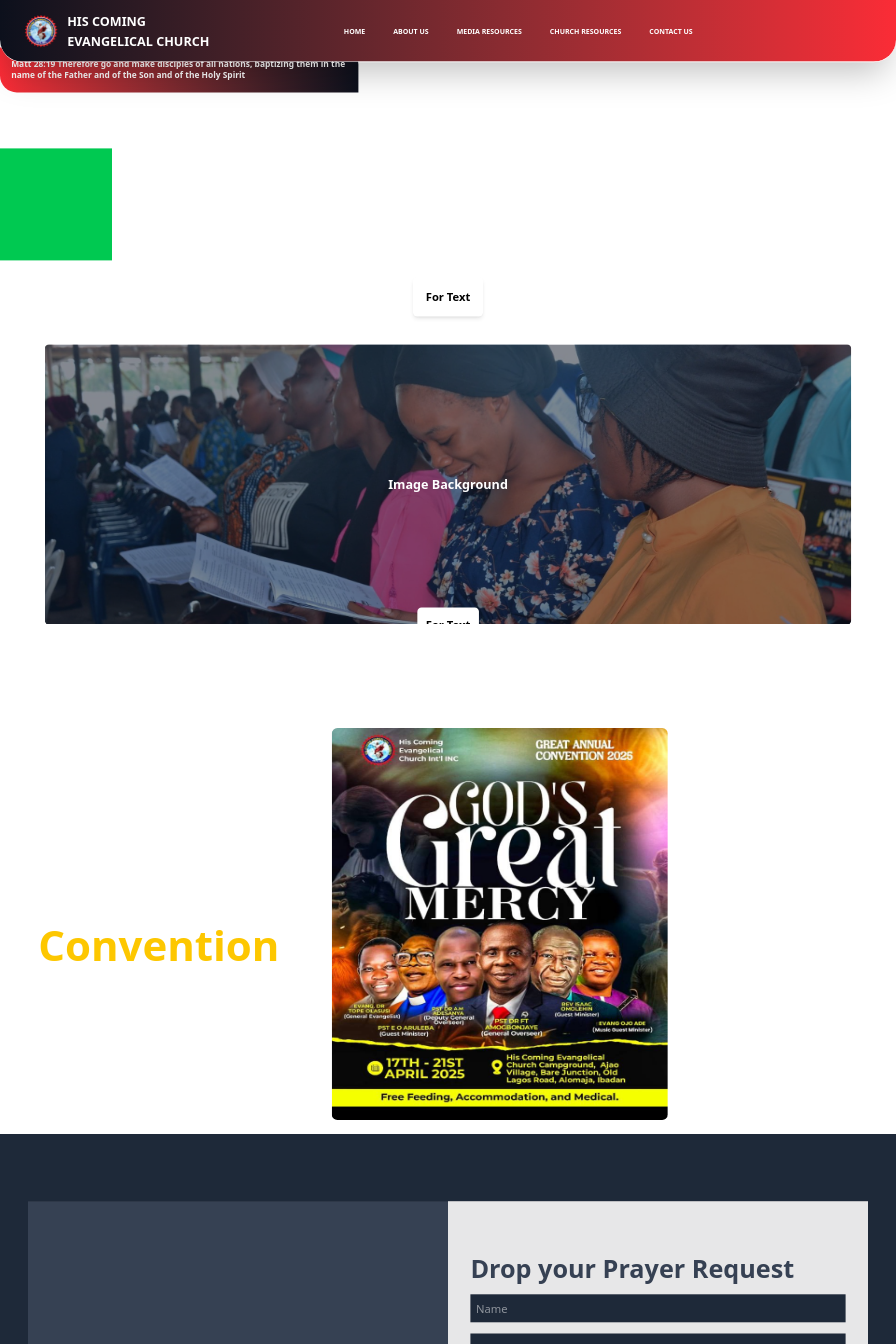
Repository: EmmyDunny1/HCEC-Website
Page: /
An editor plug-in stored every save of this project. The page is shown before and after the next save, followed by the edit.
The browser window is 1280 px wide. The pictures show the part of the page from y = 0 to 1920 px (the page is 2768 px tall before and 2952 px after), at 70% of full size.
The project was rebuilt for these pictures with package versions that can differ from the ones it lists, and the page was loaded fresh each time. The framework's server and built-in components were replaced by stand-ins that run in the browser. Also part of the build but not shown: next.config.ts.

Above is the page before, as saved 2025-07-22 12:16:08.

After the next save:
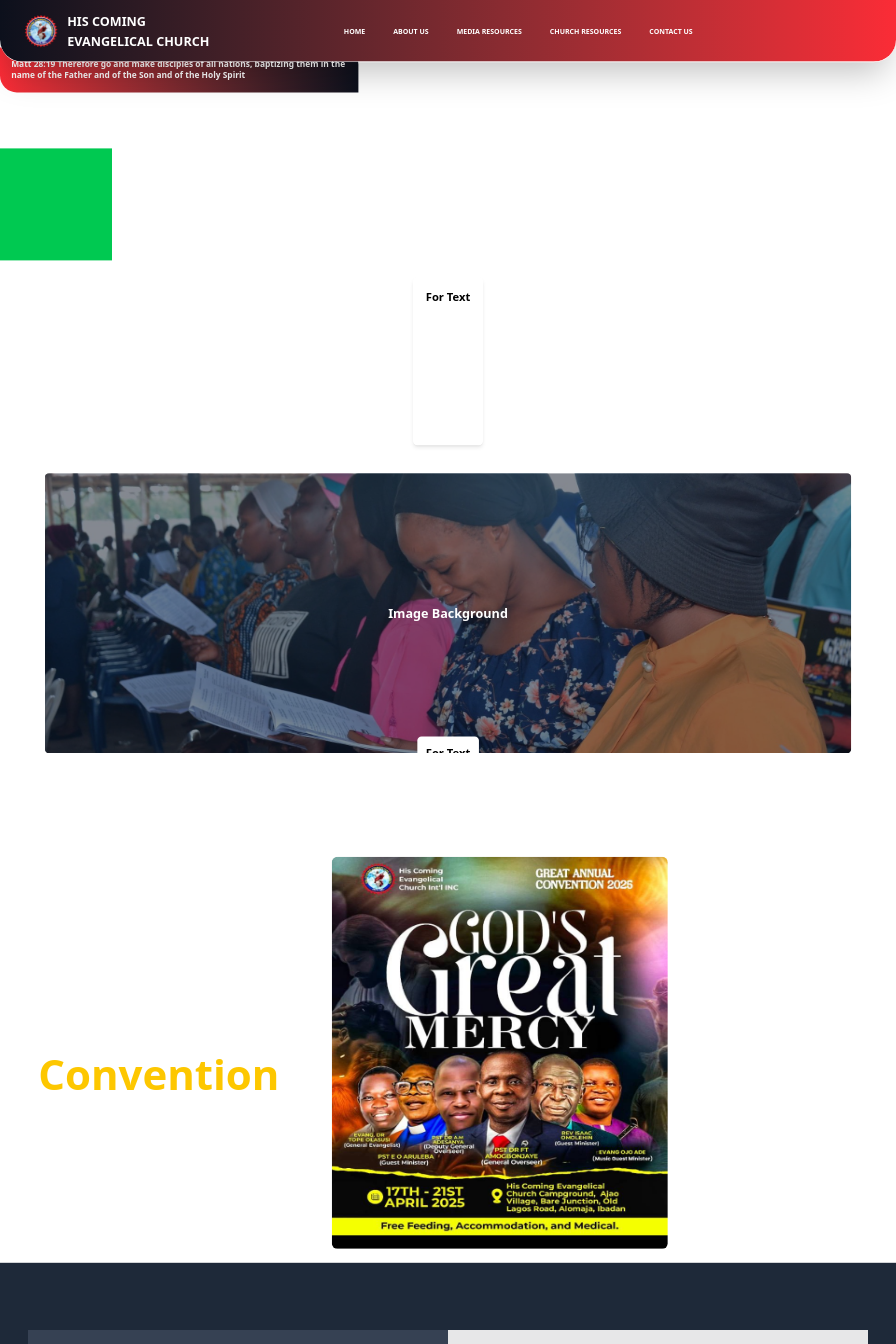
Saved 4 s later.
--- a/app/Hero-Section/page.tsx
+++ b/app/Hero-Section/page.tsx
@@ -4,7 +4,7 @@
 return (
 <div className="flex flex-col items-center p-6 ">
 {/* Top Text Box */}
-<div className="bg-white shadow-md p-4 rounded-md h-[] w-25 mb-10 z-10">
+<div className="bg-white shadow-md p-4 rounded-md h-[15rem] w-25 mb-10 z-10">
 <p className="text-center font-semibold">For Text</p>
 </div>
 
